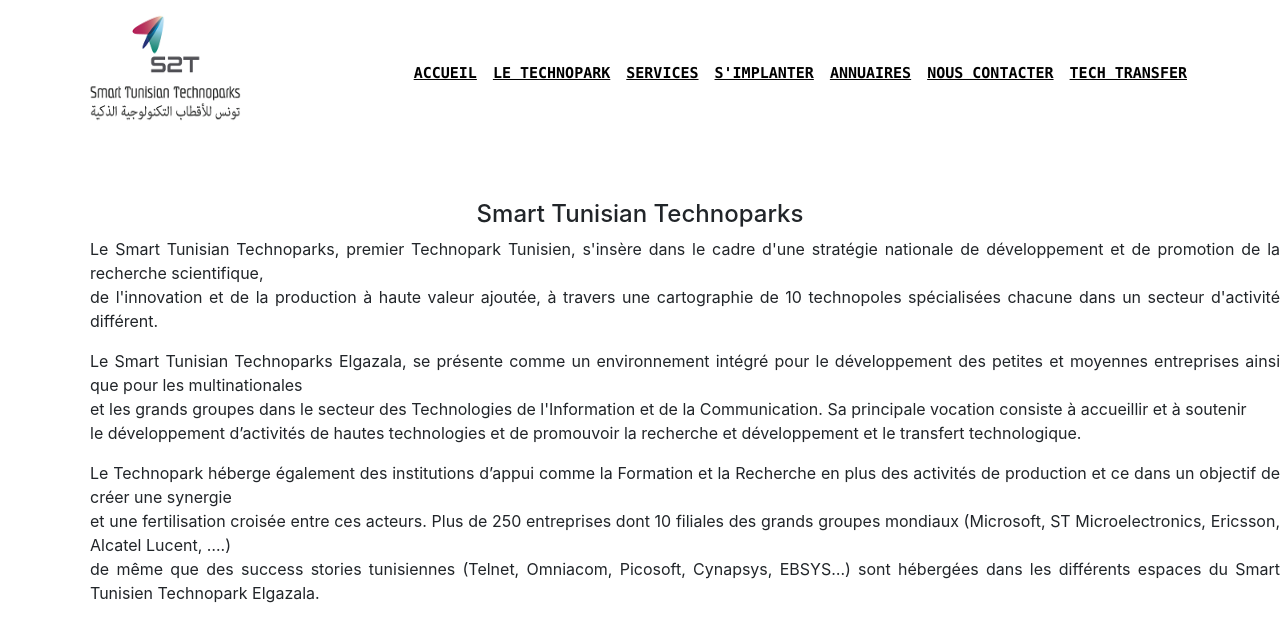
Repository: Zakraouihadil1/stage-perfectionnement-
Page: presentation.html
The author's editor kept a copy of each file at every save. The page is drawn from the files as they stood at one save, then again after the next save.
The browser window is 1280 px wide. The pictures show the whole page.

Above is the page before, as saved 2021-08-17 19:41:44.

### presentation.html
<html>
    <head>
        <title></title>
        <meta charset="utf-8">
        <link rel="stylesheet" href="https://maxcdn.bootstrapcdn.com/bootstrap/4.5.2/css/bootstrap.min.css">
    <script src="https://ajax.googleapis.com/ajax/libs/jquery/3.5.1/jquery.min.js"></script>
    <script src="https://cdnjs.cloudflare.com/ajax/libs/popper.js/1.16.0/umd/popper.min.js"></script>
    <script src="https://maxcdn.bootstrapcdn.com/bootstrap/4.5.2/js/bootstrap.min.js"></script>
    </head>
    <style>



  #mainNav{
    background-color: white;
  }
  li a {
    color: black ;
    font-family: "Lucida Console", "Courier New";
    font-size: 15px ;
    text-align: left ;
    float: right;
    margin-top: 10px;
    text-decoration: underline;
    font-weight: bolder;

      }

li a:hover {
    color: blue;

  }




  .dropdown-content {
  display: none;
  position: absolute;
  background-color: #f9f9f9;
  min-width: 160px;
  box-shadow: 0px 8px 16px 0px rgba(0,0,0,0.2);
  z-index: 1;
}

.dropdown-content a {
  float: none;
  color: black;
  padding: 12px 16px;
  text-decoration: none;
  display: block;
  text-align: left;
}

.dropdown-content a:hover {
  background-color: #ddd;
}

.dropdown:hover .dropdown-content {
  display: block;
}
    </style>

    <body id="page-top">
         <!-- Navigation-->
  <nav class="navbar navbar-expand-lg  fixed-top" id="mainNav">
    <div class="container">
        <a class="navbar-brand " href="#page-top">
            <img src="images/Logo-S2T png.png" width="160px" height="110px">
        </a>
        <button class="navbar-toggler navbar-toggler-right" type="button" data-toggle="collapse" data-target="#navbarResponsive" aria-controls="navbarResponsive" aria-expanded="false" aria-label="Toggle navigation">
            Menu
            <i class="fas fa-bars ml-1"></i>
        </button>



        <div class="collapse navbar-collapse" id="navbarResponsive">
            <ul class="navbar-nav text-uppercase ml-auto">
              <li class="nav-item"><a class="nav-link js-scroll-trigger" href="./index.html">Accueil</a></li>
              <div class="dropdown">
                <li class="nav-item"><a class="nav-link js-scroll-trigger" href="#about">Le technopark</a></li>
<br>
<br>
                <div class="dropdown-content">
                  <a href="presentation.html">Présentation</a>
                  <a href="#">Actualités</a>
                  <a href="#">Link 3</a>
                </div>
              </div>
                 <li class="nav-item"><a class="nav-link js-scroll-trigger" href="#services">Services</a></li>
                 <li class="nav-item"><a class="nav-link js-scroll-trigger" href="#team">S'implanter</a></li>
                 <li class="nav-item"><a class="nav-link js-scroll-trigger" href="#team">Annuaires</a></li>
                 <li class="nav-item"><a class="nav-link js-scroll-trigger" href="#contact">Nous Contacter</a></li>
                 <li class="nav-item"><a class="nav-link js-scroll-trigger" href="#contact">Tech Transfer</a></li>

            </ul>
        </div>
    </div>
</nav>

<div style="margin-top: 200px; text-align:  justify;">
    <h4 style="text-align: center;">Smart Tunisian Technoparks</h4>
    <div style="margin-left: 90px ;">
    <p>Le Smart Tunisian Technoparks, premier Technopark Tunisien, s'insère dans le cadre d'une stratégie nationale de développement et de promotion de la recherche scientifique, <br>
     de l'innovation et de la production à haute valeur ajoutée, à travers une cartographie de 10 technopoles spécialisées chacune dans un secteur d'activité différent.</p>

      <p>Le Smart Tunisian Technoparks Elgazala, se présente comme un environnement intégré pour le développement des petites et moyennes entreprises ainsi que pour les multinationales <br>
         et les grands groupes dans le secteur des Technologies de l'Information et de la Communication. Sa principale vocation consiste à accueillir et à soutenir  <br>
         le développement d’activités de hautes technologies et de promouvoir la recherche et développement et le transfert technologique.</p>

      <p> Le Technopark héberge également des institutions d’appui comme la Formation et la Recherche en plus des activités de production et ce dans un objectif de créer une synergie <br>
          et une fertilisation croisée entre ces acteurs. Plus de 250 entreprises dont 10 filiales des grands groupes mondiaux (Microsoft, ST Microelectronics, Ericsson, Alcatel Lucent, ….) <br>
          de même que des success stories tunisiennes (Telnet, Omniacom, Picosoft, Cynapsys, EBSYS…) sont hébergées dans les différents espaces du Smart Tunisien Technopark Elgazala.</p>
</div>
</div>





    </body>
</html>

After the next save:
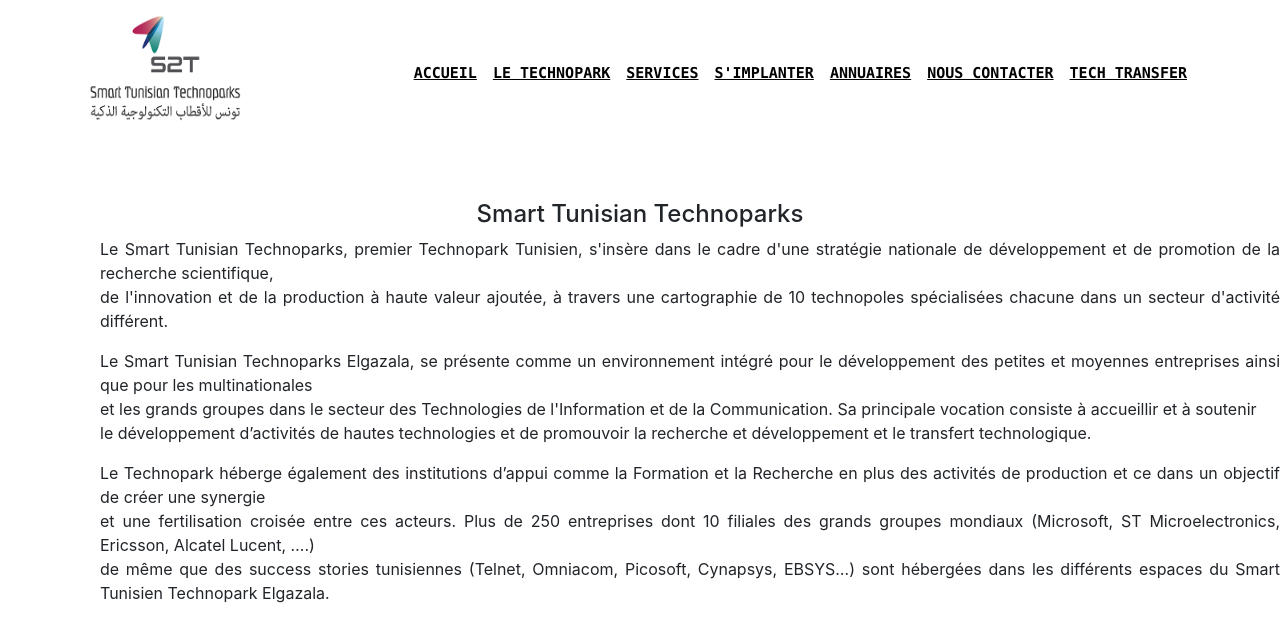
Saved 11 s later.
--- a/presentation.html
+++ b/presentation.html
@@ -101,7 +101,7 @@
 
 <div style="margin-top: 200px; text-align:  justify;">
     <h4 style="text-align: center;">Smart Tunisian Technoparks</h4>
-    <div style="margin-left: 90px ;">
+    <div style="margin-left: 100px ;">
     <p>Le Smart Tunisian Technoparks, premier Technopark Tunisien, s'insère dans le cadre d'une stratégie nationale de développement et de promotion de la recherche scientifique, <br>
      de l'innovation et de la production à haute valeur ajoutée, à travers une cartographie de 10 technopoles spécialisées chacune dans un secteur d'activité différent.</p>
 
